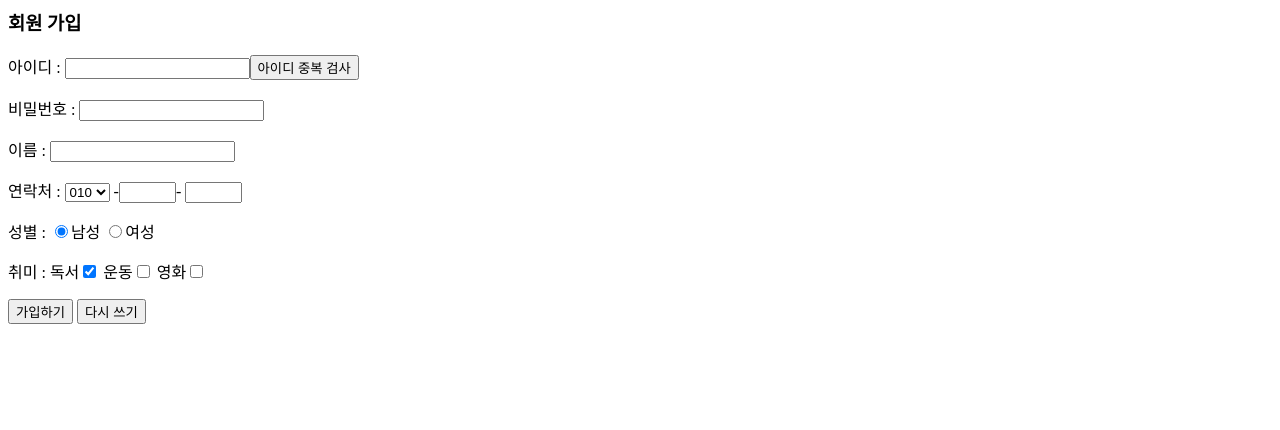
Repository: ramperrit/JSP
Page: http://localhost/JSPBook/Ch06/form01.jsp
The author's editor kept a copy of each file at every save. The page is drawn from the files as they stood at one save, then again after the next save.
The browser window is 1280 px wide. The pictures show the whole page.
The page is served by Tomcat 9. Nobody is signed in. The application's start-up code is not run. Other server files are loaded and not shown.

Above is the page before, as saved 2024-02-22 01:03:42.

### JSPBook/src/main/webapp/Ch06/form01.jsp
<%@ page language="java" contentType="text/html; charset=utf-8"%>
<html>
<head>
<title>Insert title here</title>
</head>
<body>
	<h3>회원 가입</h3>
	<form action="#" name="member" method="post">
		<p>아이디 : <input type="text" name="id"><input type="button" value="아이디 중복 검사">
		<p>비밀번호 : <input type="password" name="passwd">
		<P>이름 : <input type="text" name="name">
		<P>연락처 : <select name="phone1">
					<option value="010">010</option>
					<option value="011">011</option>
					<option value="016">016</option>
					<option value="017">017</option>
					<option value="019">019</option>
				 </select>
			-<input type="text" maxlength="4" size="4" name="phone2">-
			<input type="text" maxlength="4" size="4" name="phone3">
		<P>성별 : <input type="radio" name="sex" value="남성" checked>남성
				<input type="radio" name="sex" value="여성" >여성
		<P>취미 : 독서<input type="checkbox" name="hobby1" checked>
				운동<input type="checkbox" name="hobby2">
				영화<input type="checkbox" name="hobby3">
		<p><input type="submit" value="가입하기">
		   <input type="reset" value="다시 쓰기">
	</form>
</body>
</html>

After the next save:
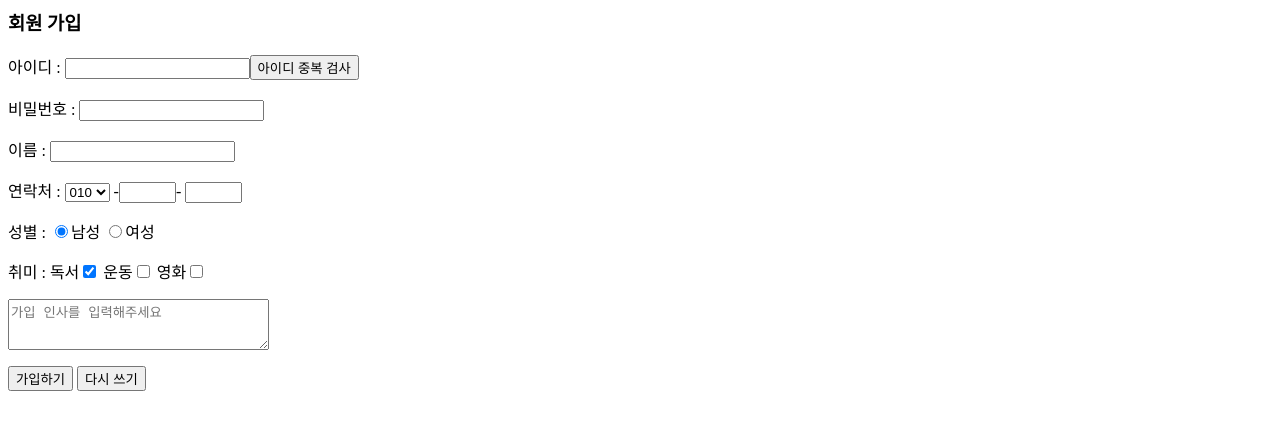
Saved 6 min 27 s later.
--- a/JSPBook/src/main/webapp/Ch06/form01.jsp
+++ b/JSPBook/src/main/webapp/Ch06/form01.jsp
@@ -23,6 +23,7 @@
 		<P>취미 : 독서<input type="checkbox" name="hobby1" checked>
 				운동<input type="checkbox" name="hobby2">
 				영화<input type="checkbox" name="hobby3">
+		<p><textarea name="comment" rows="3" cols="30" placeholder="가입 인사를 입력해주세요"></textarea>
 		<p><input type="submit" value="가입하기">
 		   <input type="reset" value="다시 쓰기">
 	</form>
